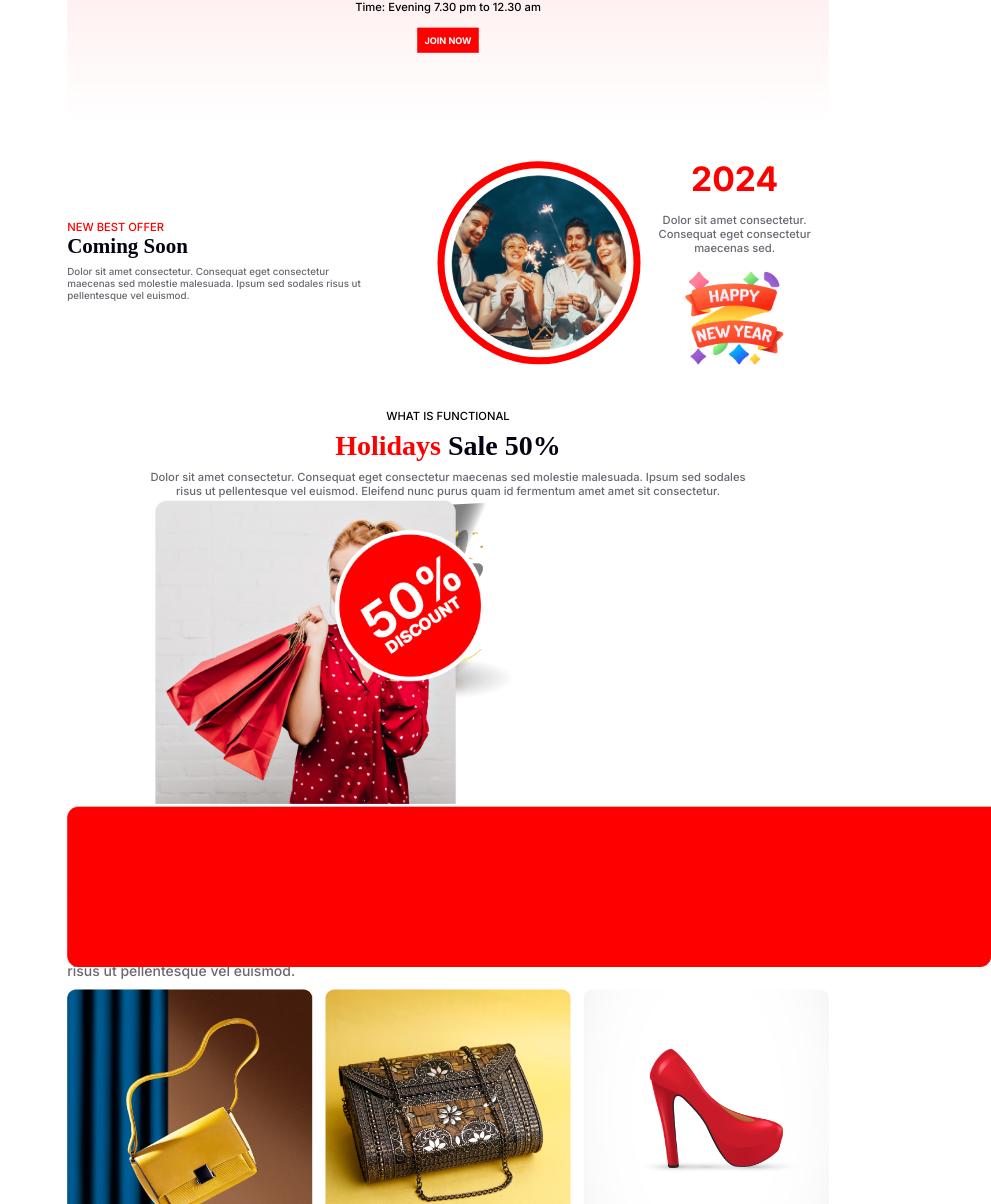
Repository: sumonkumarsarkar/new-year-2024
Page: index.html
An editor plug-in stored every save of this project. The page is shown before and after the next save, followed by the edit.
The browser window is 1280 px wide. The page is 1416 px wide, so the pictures cover 1416 px, including what lies to the right of the window. The pictures show the part of the page from y = 2209 to 3929 px (the page is 5500 px tall), at 70% of full size.

Above is the page before, as saved 2024-01-08 16:59:14.

After the next save:
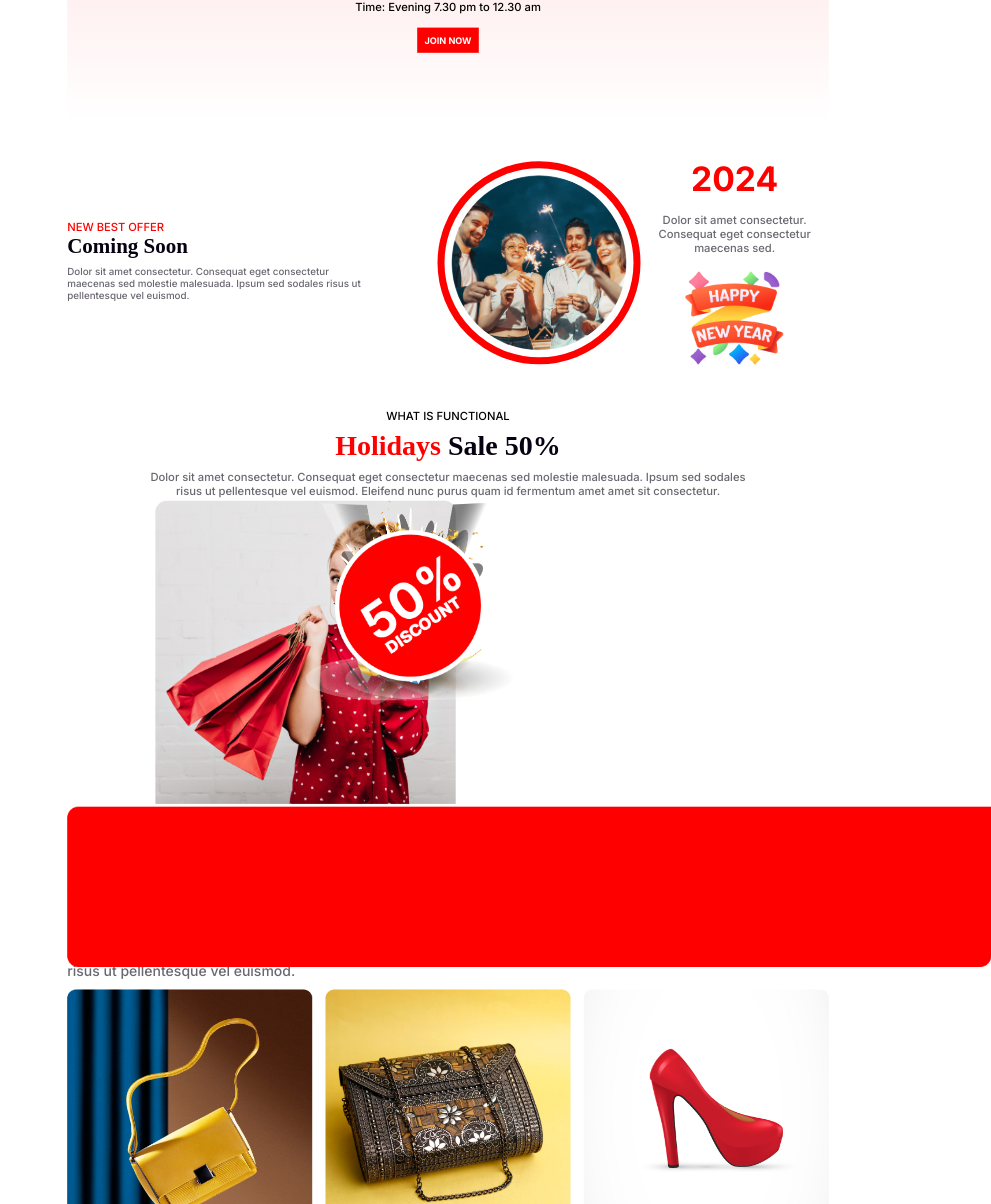
Saved 37 s later.
--- a/style.css
+++ b/style.css
@@ -308,7 +308,7 @@ span{
     position:absolute;
     height: 300px;
     width: 300px;
-    z-index: -1;
+
 
 
 }
@@ -324,7 +324,7 @@ span{
     height: 300px;
     width: 300px;
     text-align: right;
-    z-index: -1;
+
 }
 
 
